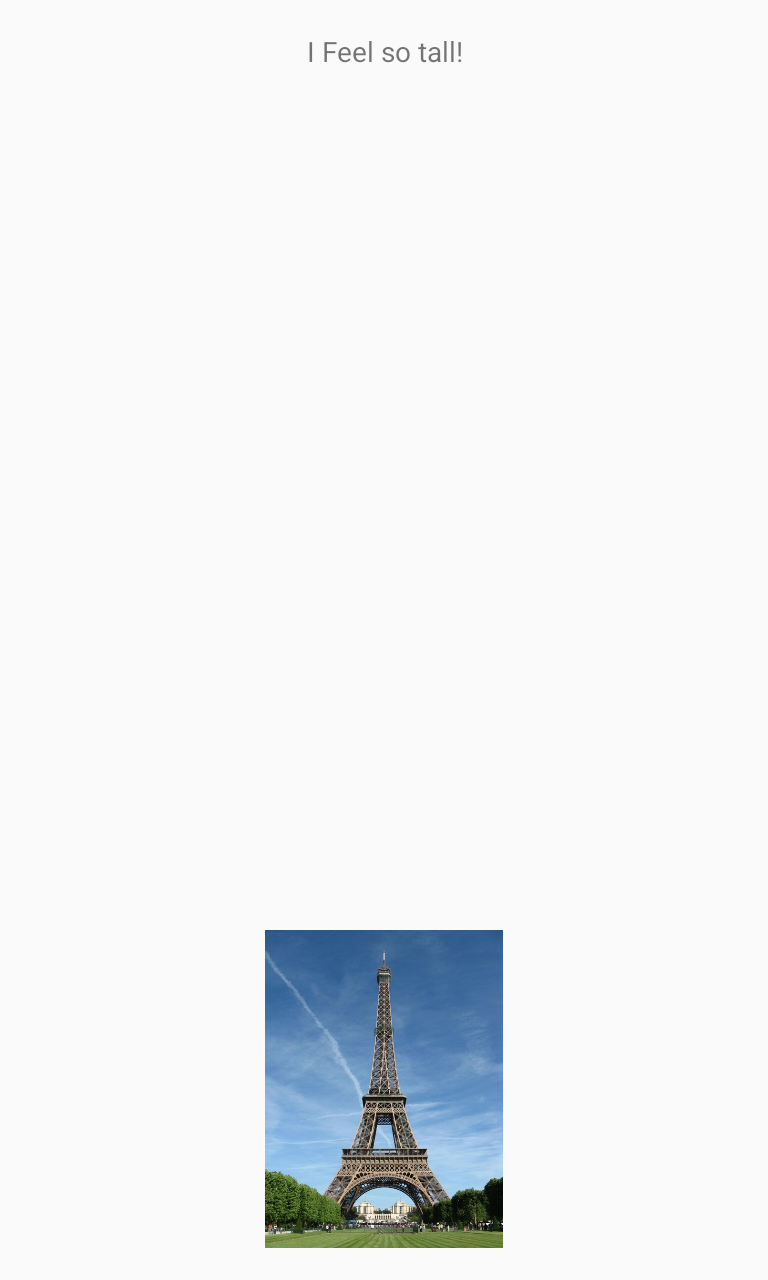
Repository: Smahane/Android_CST407
Layout: HomeWork2/HomeWork2_Resources_State/res/layout/fragment_opinion.xml
An editor plug-in stored every save of this project. The layout is shown before and after the next save, followed by the edit.
It is drawn on a 768 x 1280 px phone screen (xhdpi) without system bars, with theme AppTheme; the app's code is not run.

Above is the layout before, as saved 2014-07-20 17:42:39.

### HomeWork2/HomeWork2_Resources_State/res/layout/fragment_opinion.xml
<RelativeLayout xmlns:android="http://schemas.android.com/apk/res/android"
    xmlns:tools="http://schemas.android.com/tools"
    android:layout_width="match_parent"
    android:layout_height="match_parent"
    android:paddingBottom="@dimen/activity_vertical_margin"
    android:paddingLeft="@dimen/activity_horizontal_margin"
    android:paddingRight="@dimen/activity_horizontal_margin"
    android:paddingTop="@dimen/activity_vertical_margin"
    tools:context="com.example.homework2_resources.OpinionActivity$PlaceholderFragment" >

    <TextView
        android:id="@+id/textView1"
        android:layout_width="match_parent"
        android:layout_height="wrap_content"
        android:gravity="center"
        android:text="@string/portrait" />

    <ImageView
        android:id="@+id/imageView1"
        android:layout_width="wrap_content"
        android:layout_height="wrap_content"
        android:layout_alignLeft="@+id/textView1"
        android:layout_below="@+id/textView1"
        android:layout_marginTop="430dp"
        android:layout_centerHorizontal="true"
        android:src="@drawable/eiffeltower" />

</RelativeLayout>

### HomeWork2/HomeWork2_Resources_State/res/values/strings.xml
<?xml version="1.0" encoding="utf-8"?>
<resources>

    <string name="app_name">HomeWork2_Resources</string>
    <string name="portrait">I Feel so tall!</string>
    <string name="action_settings">Settings</string>
    <string name="land_txt">the world looks flat</string>
    <string name="EiffelTowerImage">Eiffel Tower</string>

</resources>

Loaded but not shown: HomeWork2/HomeWork2_Resources_State/res/values/styles.xml (common file); HomeWork2/HomeWork2_Resources_State/res/values-v11/styles.xml (common file); HomeWork2/HomeWork2_Resources_State/res/values-v14/styles.xml (common file); HomeWork2/HomeWork2_Resources_State/res/values/dimens.xml (common file); HomeWork2/HomeWork2_Resources_State/res/values-w820dp/dimens.xml (common file)

After the next save:
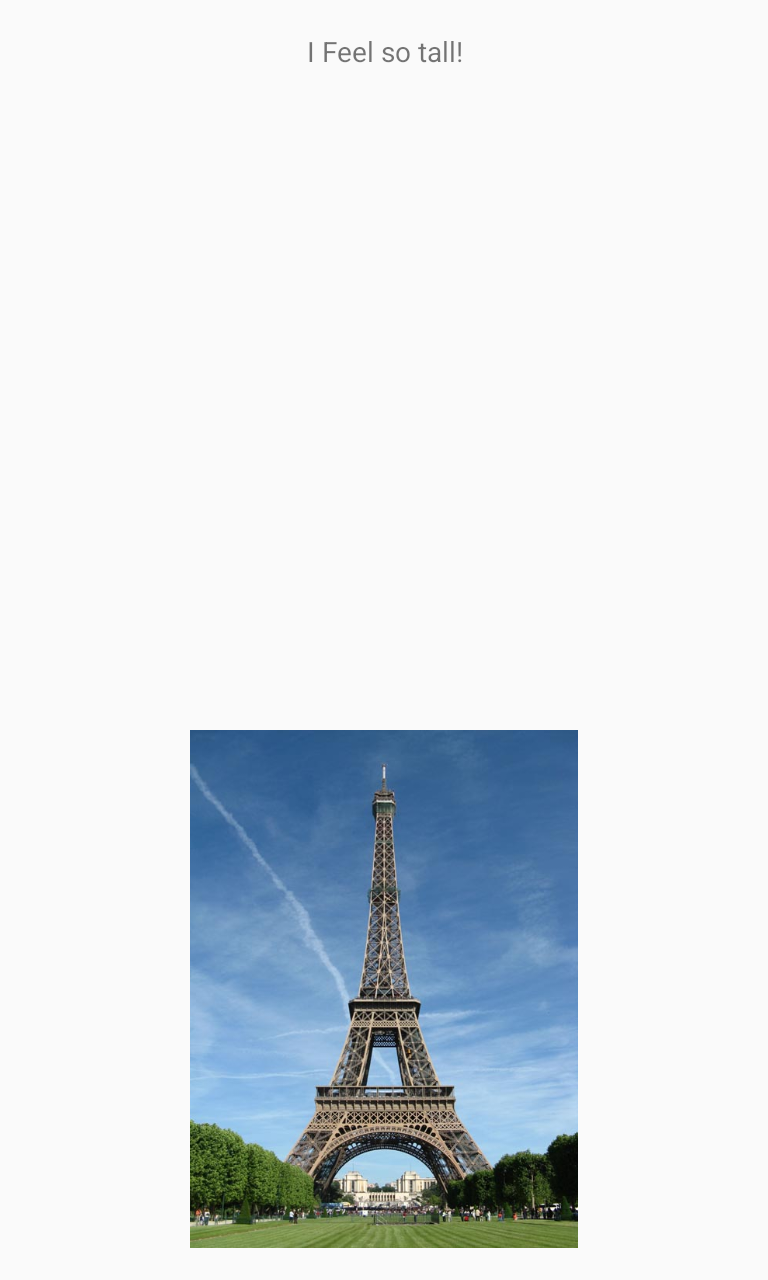
Saved 11 s later.
--- a/HomeWork2/HomeWork2_Resources_State/res/layout/fragment_opinion.xml
+++ b/HomeWork2/HomeWork2_Resources_State/res/layout/fragment_opinion.xml
@@ -21,7 +21,7 @@
         android:layout_height="wrap_content"
         android:layout_alignLeft="@+id/textView1"
         android:layout_below="@+id/textView1"
-        android:layout_marginTop="430dp"
+        android:layout_marginTop="330dp"
         android:layout_centerHorizontal="true"
         android:src="@drawable/eiffeltower" />
 
